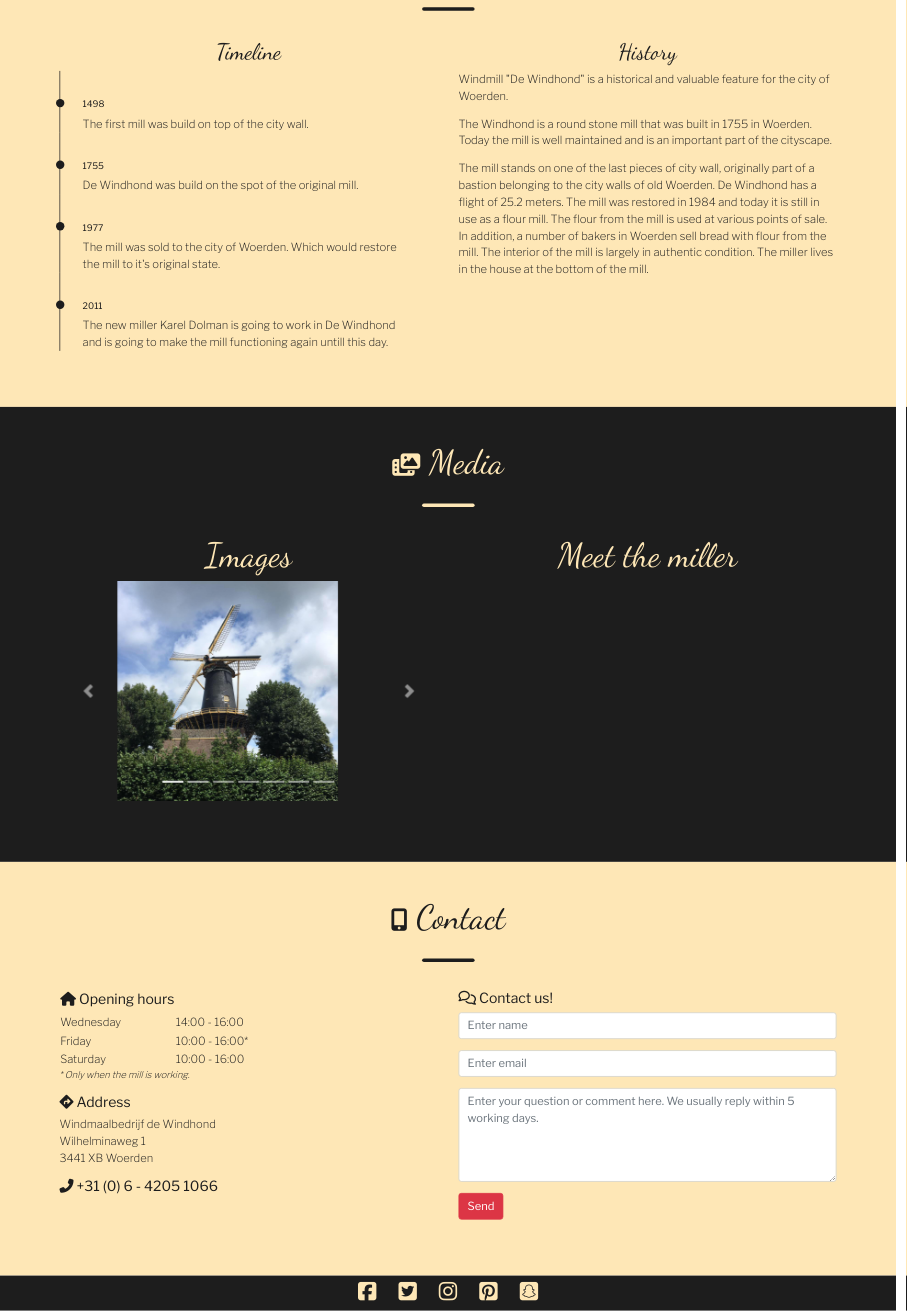
Repository: jdl208/DeWindhond
Page: index.html
The author's editor kept a record of every edit. The page is drawn from the files as they stood at one moment, then again after the next edit.
The browser window is 1280 px wide. The page is 1295 px wide, so the pictures cover 1295 px, including what lies to the right of the window. The pictures show the part of the page from y = 775 to 2655 px (the page is 2655 px tall before and 2648 px after), at 70% of full size.
Pictures or frames that could not be fetched are drawn as grey boxes. Some web libraries are served in a nearby version.

Above is the page before.

### index.html
<!DOCTYPE html>
<html lang="en">

<head>
    <meta charset="UTF-8">
    <meta name="viewport" content="width=device-width, initial-scale=1.0">
    <meta http-equiv="X-UA-Compatible" content="ie=edge">
    <title>Windmill "De Windhond"</title>
    <link rel="stylesheet" href="https://stackpath.bootstrapcdn.com/bootstrap/4.3.1/css/bootstrap.min.css" integrity="sha384-ggOyR0iXCbMQv3Xipma34MD+dH/1fQ784/j6cY/iJTQUOhcWr7x9JvoRxT2MZw1T" crossorigin="anonymous">
    <link href="https://fonts.googleapis.com/css?family=Dancing+Script:400,700&display=swap" rel="stylesheet">
    <link rel="stylesheet" href="assets/css/style.css" type="text/css" />

</head>

<body>

    <!-- Header and Navigation-->

    <header class="jumbotron" id="home">
        <nav class="navbar fixed-top navbar-expand-lg navbar-light">
            <div class="navbar-brand" href="#"></div>
            <button class="navbar-toggler" type="button" data-toggle="collapse" data-target="#navbarTogglerDemo02" aria-controls="navbarTogglerDemo02" aria-expanded="false" aria-label="Toggle navigation">
                <span class="navbar-toggler-icon"></span>
            </button>

            <div class="collapse navbar-collapse" id="navbarTogglerDemo02">
                <ul class="navbar-nav ml-auto mt-2 mt-lg-0">
                    <li class="nav-item ml-auto nav--link">
                        <a class="nav-link" href="#home"><strong>Home</strong><span class="sr-only">(current)</span></a>
                    </li>
                    <li class="nav-item ml-auto nav--link">
                        <a class="nav-link" href="#about"><strong>About</strong></a>
                    </li>
                    <li class="nav-item ml-auto nav--link">
                        <a class="nav-link" href="#media"><strong>Media</strong></a>
                    </li>
                    <li class="nav-item ml-auto nav--link">
                        <a class="nav-link" href="#contact"><strong>Contact</strong></a>
                    </li>
                </ul>
            </div>
        </nav>
        <h1 class="name">"De Windhond"</h1>
    </header>

    <!-- About -->

    <section class="light-bg sectioncontainer" id="about">
        <div class="container about">
            <h2><i class="far fa-list-alt media-icon"></i> About</h2>
            <hr class="block-divider dark-divider">

            <div class="row">
                <div class="col-md-6">
                    <h4>Timeline</h4>
                    <div class="history-items">
                        <div class="timeline-item" data-dates="1498">
                            <p>The first mill was build on top of the city wall.</p>
                        </div>
                        <div class="timeline-item" data-dates="1755">
                            <p>De Windhond was build on the spot of the original mill.</p>
                        </div>
                        <div class="timeline-item" data-dates="1977">
                            <p>The mill was sold to the city of Woerden. Which would restore the mill to it's original state.</p>
                        </div>
                        <div class="timeline-item" data-dates="2011">
                            <p>The new miller Karel Dolman is going to work in De Windhond and is going to make the mill functioning again untill this day.</p>
                        </div>
                    </div>
                </div>
                <div class="col-md-6">
                    <hr class="block-divider dark-divider d-md-none">
                    <h4>History</h4>

                    <p>Windmill "De Windhond" is a historical and valuable feature for the city of Woerden.</P>
                    <p>The Windhond is a round stone mill that was built in 1755 in Woerden. Today the mill is well maintained and is an important part of the cityscape.</p>
                    <p>The mill stands on one of the last pieces of city wall, originally part of a bastion belonging to the city walls of old Woerden. De Windhond has a flight of 25.2 meters. The mill was restored in 1984 and today it is still in use as
                        a flour mill. The flour from the mill is used at various points of sale. In addition, a number of bakers in Woerden sell bread with flour from the mill. The interior of the mill is largely in authentic condition. The miller lives
                        in the house at the bottom of the mill.
                    </p>
                </div>
            </div>
        </div>

    </section>

    <!-- Media section-->

    <section id="media" class="dark-bg mediabox">
        <div class="container sectioncontainer ">
            <H2><i class="fas fa-photo-video media-icon"></i> Media</H2>
            <hr class="block-divider yellow-divider">
            <div class="row">
                <div class="col-md-6 imagebox">
                    <h3>Images</h3>
                    <div id="carouselExampleIndicators" class="carousel slide mediacarroussel" data-ride="carousel">
                        <ol class="carousel-indicators">
                            <li data-target="#carouselExampleIndicators" data-slide-to="0" class="active"></li>
                            <li data-target="#carouselExampleIndicators" data-slide-to="1"></li>
                            <li data-target="#carouselExampleIndicators" data-slide-to="2"></li>
                            <li data-target="#carouselExampleIndicators" data-slide-to="3"></li>
                            <li data-target="#carouselExampleIndicators" data-slide-to="4"></li>
                            <li data-target="#carouselExampleIndicators" data-slide-to="5"></li>
                            <li data-target="#carouselExampleIndicators" data-slide-to="6"></li>
                        </ol>
                        <div class="carousel-inner">
                            <div class="carousel-item active">
                                <img src="assets/images/img1.jpg" class="d-block" alt="...">
                            </div>
                            <div class="carousel-item">
                                <img src="assets/images/img2.jpg" class="d-block" alt="...">
                            </div>
                            <div class="carousel-item">
                                <img src="assets/images/img3.jpg" class="d-block" alt="...">
                            </div>
                            <div class="carousel-item">
                                <img src="assets/images/img4.jpg" class="d-block" alt="...">
                            </div>
                            <div class="carousel-item">
                                <img src="assets/images/img5.jpg" class="d-block" alt="...">
                            </div>
                            <div class="carousel-item">
                                <img src="assets/images/img6.jpg" class="d-block" alt="...">
                            </div>
                            <div class="carousel-item">
                                <img src="assets/images/img7.jpg" class="d-block" alt="...">
                            </div>
                        </div>
                        <a class="carousel-control-prev" href="#carouselExampleIndicators" role="button" data-slide="prev">
                        <span class="carousel-control-prev-icon" aria-hidden="true"></span>
                        <span class="sr-only">Previous</span>
                    </a>
                        <a class="carousel-control-next" href="#carouselExampleIndicators" role="button" data-slide="next">
                        <span class="carousel-control-next-icon" aria-hidden="true"></span>
                        <span class="sr-only">Next</span>
                    </a>
                    </div>
                </div>
                <div class="col-md-6">
                    <hr class="block-divider yellow-divider d-md-none">
                    <h3>Meet the miller</h3>
                    <iframe width="100%" height="315" src="https://www.youtube.com/embed/lAjF5r5rAqM" frameborder="0" allow="accelerometer; autoplay; encrypted-media; gyroscope; picture-in-picture" allowfullscreen></iframe>
                </div>
            </div>
        </div>
    </section>

    <!-- Contact-->

    <section id="contact" class="sectioncontainer light-bg">
        <div class="container">
            <h2><i class="fas fa-mobile-alt media-icon"></i> Contact</h2>
            <hr class="block-divider dark-divider">
            <div class="row">
                <div class="col-md-6 contact_visiting">
                    <table>
                        <th>
                            <h5><i class="fas fa-home"></i> Opening hours</h5>
                        </th>
                        <tr>
                            <td>Wednesday</td>
                            <td>14:00 - 16:00</td>
                        </tr>
                        <tr>
                            <td>Friday</td>
                            <td>10:00 - 16:00*</td>
                        </tr>
                        <tr>
                            <td>Saturday</td>
                            <td>10:00 - 16:00</td>
                        </tr>

                    </table>
                    <p class="footnote_opening">* Only when the mill is working.</p>
                    <h5 class=""> </h5>
                    <h5><i class="fas fa-directions"></i> Address</h5>
                    <p>Windmaalbedrijf de Windhond<br> Wilhelminaweg 1<br> 3441 XB Woerden
                    </p>
                    <h5><i class="fas fa-phone-alt"></i> +31 (0) 6 - 4205 1066</h5>

                </div>

                <div class="col-md-6">
                    <h5><i class="far fa-comments"></i> Contact us!</h5>
                    <div class="form-group">
                        <input type="text" class="form-control" placeholder="Enter name" required>
                    </div>
                    <div class="form-group">
                        <input type="email" class="form-control" placeholder="Enter email" required>
                    </div>
                    <div class="form-group">
                        <textarea class="form-control" rows="5" Placeholder="Enter your question or comment here. We usually reply within 5 working days." required></textarea>
                    </div>
                    <button type="submit" class="btn btn-primary btn-danger">Send</button>
                    </form>
                </div>
            </div>

    </section>

    <footer class="dark-bg">
        <div class="row footer">
            <div class="col-12">
                <ul class="list-inline">
                    <li class="list-inline-item"><a class="light-link" href="https://www.facebook.com/windmaalbedrijfdewindhond?pnref=story"><i class="fab fa-facebook-square"></i></a></li>
                    <li class="list-inline-item list-item-footer"><a class="light-link" href="#"><i class="fab fa-twitter-square"></i></a></li>
                    <li class="list-inline-item list-item-footer"><a class="light-link" href="#"><i class="fab fa-instagram"></i></a></li>
                    <li class="list-inline-item list-item-footer"><a class="light-link" href="#"><i class="fab fa-pinterest-square"></i></a></li>
                    <li class="list-inline-item list-item-footer"><a class="light-link" href="#"><i class="fab fa-snapchat-square"></i></a></li>
                </ul>
            </div>
        </div>
    </footer>

    <script src="https://code.jquery.com/jquery-3.3.1.slim.min.js" integrity="sha384-q8i/X+965DzO0rT7abK41JStQIAqVgRVzpbzo5smXKp4YfRvH+8abtTE1Pi6jizo" crossorigin="anonymous"></script>
    <script src="https://cdnjs.cloudflare.com/ajax/libs/popper.js/1.14.7/umd/popper.min.js" integrity="sha384-UO2eT0CpHqdSJQ6hJty5KVphtPhzWj9WO1clHTMGa3JDZwrnQq4sF86dIHNDz0W1" crossorigin="anonymous"></script>
    <script src="https://stackpath.bootstrapcdn.com/bootstrap/4.3.1/js/bootstrap.min.js" integrity="sha384-JjSmVgyd0p3pXB1rRibZUAYoIIy6OrQ6VrjIEaFf/nJGzIxFDsf4x0xIM+B07jRM" crossorigin="anonymous"></script>
    <script src="https://kit.fontawesome.com/70761e8d6e.js"></script>

</body>

</html>

### assets/css/style.css
@import url('https://fonts.googleapis.com/css?family=Dancing+Script:400,700|Libre+Franklin:200,300,400&display=swap');

body {
    font-family: "Libre Franklin";
    font-weight: 200;
}

.sectioncontainer {
    padding-top: 50px;
    padding-bottom: 80px;
}

a,
a:hover {
    text-decoration: none;
}

/* ---------------------------------------------- Colors */

.dark-bg {
    color: #fee7b6;
    background-color: rgba(29, 29, 29, 1);
}

.light-bg {
    background-color: #fee7b6;
    color: rgb(29, 29, 29);
}

.block-divider {
    width: 75px;
    height: 5px;
    border: 0;
    border-radius: 15px;
    margin-top: 30px;
    margin-bottom: 40px;
}

.yellow-divider {
    background-color: #fee7b6;
}

.dark-divider {
    background-color: rgb(29, 29, 29);
}

.light-link {
    color: #fee7b6;
}



/* ---------------------------------------------- Headings */

h2,
h3,
h4 {
    font-family: "dancing script";
    text-align: center;
    font-size: 3rem;
}

h4 {
    font-size: 2rem;

}

.media-icon {
    font-size: 32px;
}

/* ---------------------------------------------- Header and navbar */

.navbar {
    background: none;
}

.navbar-light {
    color: rgba(29, 29, 29, 1);
}

.nav-link {
    background-color: rgba(254, 231, 182, 0.8);
    border-radius: 15px;
    width: 77px;
    margin-left: 10px;
    text-align: center;
    border: rgba(29, 29, 29, 1) 1px solid;

}

.navbar-toggler {
    background-color: rgba(254, 231, 182, 0.8);
    border: rgba(29, 29, 29, 1) 1px solid;
}

.jumbotron {
    height: 90vh;
    background: url(../images/bgjt.jpg);
    background-position: top;
    background-size: cover;
    background-repeat: no-repeat;
    margin-bottom: 0;
}

.name {
    background-color: rgba(254, 231, 182, 0.8);
    color: rgba(29, 29, 29, 0.8);
    border: rgba(29, 29, 29, 0.8) solid 2px;
    height: 100px;
    width: 400px;
    max-width: 75vw;
    padding-top: 25px;
    border-radius: 100%;
    margin: auto;
    margin-top: 10vh;
    text-align: center;
    font-family: "dancing script";
}

/* ---------------------------------------------- About */

.history-heading {
    margin-bottom: 50px;
}

.timeline-item {
    padding: 4em 2em 0em 2em;
    position: relative;
    border-left: 1px solid;
}

.timeline-item p {
    padding: 0;
    margin: 0;
}

.timeline-item:before {
    content: attr(data-dates);
    position: absolute;
    left: 2.5em;
    top: 3em;
    display: block;
    font-weight: 500;
    font-size: 0.8em;
    padding: 0;
    margin: 0;
}

.timeline-item:after {
    width: 12px;
    height: 12px;
    display: block;
    top: 2.5em;
    position: absolute;
    left: -6px;
    border-radius: 12px;
    content: '';
    background: rgb(29, 29, 29);

}

/* ---------------------------------------------- Media */

.carousel-item {
    height: 315px;
}



.carousel-item img {
    margin: auto;
    height: 100%;
}

/* ---------------------------------------------- Contact */

.footnote_opening {
    font-size: smaller;
    font-style: italic;
}

/* ---------------------------------------------- Footer */

.footer {
    height: 50px;
    text-align: center;
}

.footerlist {
    list-style-type: none;
}

.list-item-footer {
    display: inline-block;
    color: #fee7b6;
    padding-top: 8px;
    margin-left: 20px;
}

footer li i {
    font-size: 30px;
}

After the next edit:
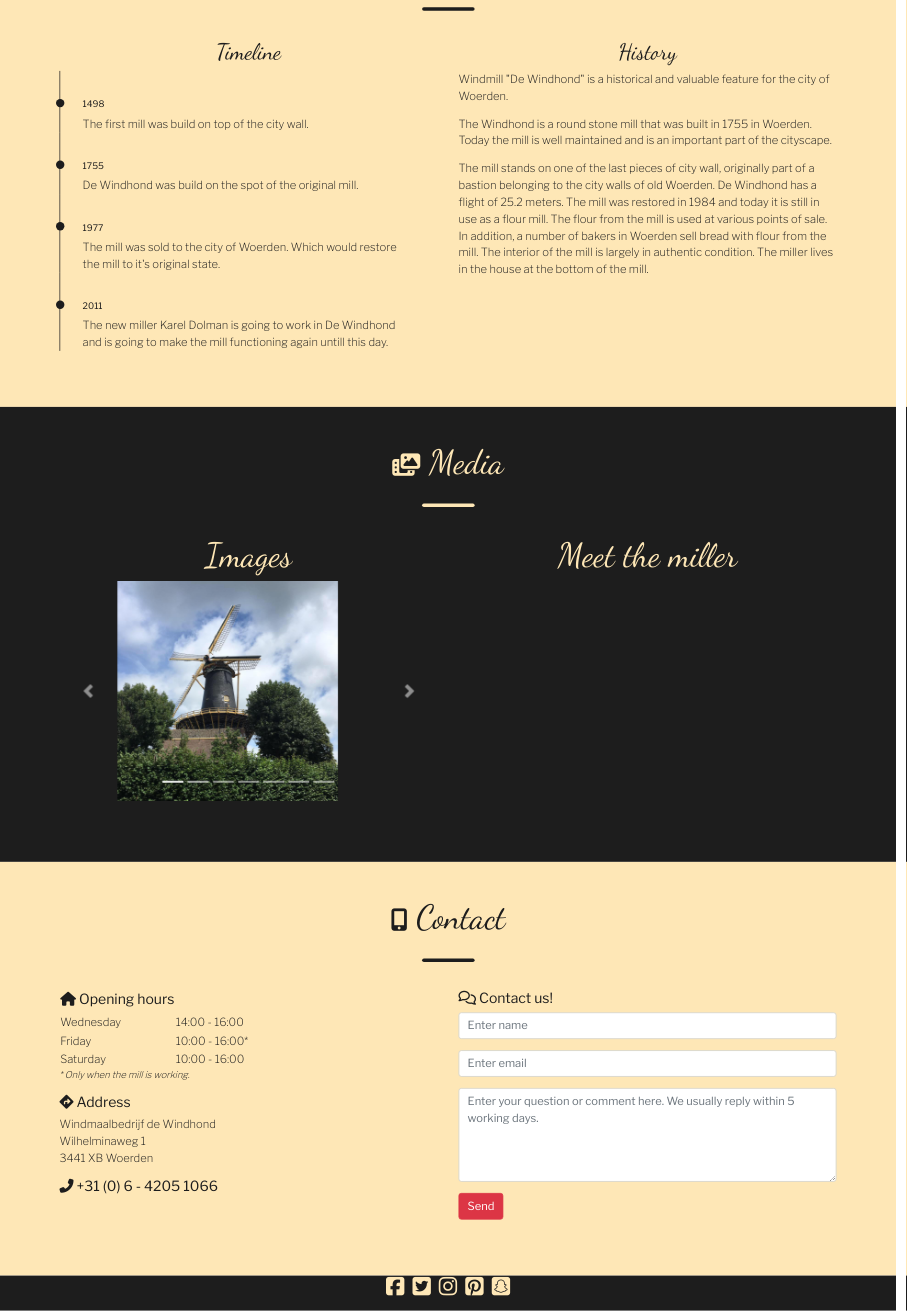
The edit:
--- a/index.html
+++ b/index.html
@@ -203,10 +203,10 @@
             <div class="col-12">
                 <ul class="list-inline">
                     <li class="list-inline-item"><a class="light-link" href="https://www.facebook.com/windmaalbedrijfdewindhond?pnref=story"><i class="fab fa-facebook-square"></i></a></li>
-                    <li class="list-inline-item list-item-footer"><a class="light-link" href="#"><i class="fab fa-twitter-square"></i></a></li>
-                    <li class="list-inline-item list-item-footer"><a class="light-link" href="#"><i class="fab fa-instagram"></i></a></li>
-                    <li class="list-inline-item list-item-footer"><a class="light-link" href="#"><i class="fab fa-pinterest-square"></i></a></li>
-                    <li class="list-inline-item list-item-footer"><a class="light-link" href="#"><i class="fab fa-snapchat-square"></i></a></li>
+                    <li class="list-inline-item"><a class="light-link" href="#"><i class="fab fa-twitter-square"></i></a></li>
+                    <li class="list-inline-item"><a class="light-link" href="#"><i class="fab fa-instagram"></i></a></li>
+                    <li class="list-inline-item"><a class="light-link" href="#"><i class="fab fa-pinterest-square"></i></a></li>
+                    <li class="list-inline-item"><a class="light-link" href="#"><i class="fab fa-snapchat-square"></i></a></li>
                 </ul>
             </div>
         </div>
